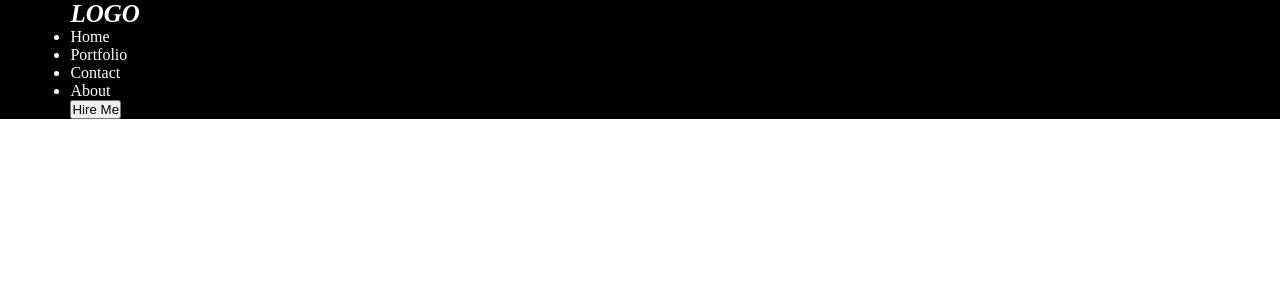
Repository: DevAntonioRogers/vanilla-responsive-navbar
Page: index.html
These files come from the project's save history. The page is drawn as it stood at one moment and after the next save; the edit follows.
The browser window is 1280 px wide. The pictures show the whole page.

Above is the page before, as saved 2023-06-04 21:08:51.
Console error: TypeError: Cannot read properties of null (reading 'addEventListener')

### index.html
<!DOCTYPE html>
<html lang="en">
  <head>
    <meta charset="UTF-8" />
    <meta http-equiv="X-UA-Compatible" content="IE=edge" />
    <meta
      name="viewport"
      content="width=device-width, initial-scale=1.
    0"
    />
    <link rel="stylesheet" href="style.css" />
    <title>Document</title>
  </head>
  <body>
    <nav>
      <div class="nav-container">
        <h1>Logo</h1>

        <ul>
          <li>Home</li>
          <li>Portfolio</li>
          <li>Contact</li>
          <li>About</li>
        </ul>

        <button>Hire Me</button>
      </div>
    </nav>
    <script src="app.js"></script>
  </body>
</html>

### style.css
* {
  box-sizing: border-box;
  padding: 0;
  margin: 0;
}

nav {
  background-color: black;
}

.nav-container {
  background-color: black;
  color: white;
  width: 89%;
  margin: auto;
}

.nav-container h1 {
  font-size: 25px;
  text-transform: uppercase;
  font-style: italic;
}

### app.js
const hamburger = document.querySelector('.hamburger')
const navMenu = document.querySelector('.nav-menu')

hamburger.addEventListener('click', () => {
  hamburger.classList.toggle('active')
  navMenu.classList.toggle('active')
})




const textToType = ["JavaScript.", "React.", "HTML.", "CSS."];
let currentIndex = 0;
let currentText = "";
let deleting = false;

function typeText() {
  if (currentIndex >= textToType.length) {
    currentIndex = 0;
  }

  currentText = deleting
    ? textToType[currentIndex].substring(0, currentText.length - 1)
    : textToType[currentIndex].substring(0, currentText.length + 1);

  document.getElementById("typing-text").textContent = currentText;

  if (!deleting && currentText === textToType[currentIndex]) {
    deleting = true;
    setTimeout(typeText, 1000);
  } else if (deleting && currentText === "") {
    deleting = false;
    currentIndex++;
    setTimeout(typeText, 500);
  } else {
    setTimeout(typeText, deleting ? 100 : 200);
  }
}

typeText();

After the next save:
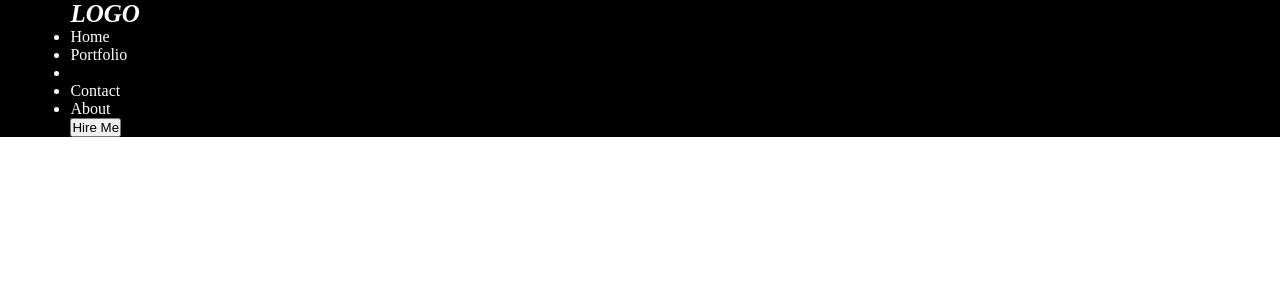
Saved 2 min 17 s later.
--- a/index.html
+++ b/index.html
@@ -16,9 +16,10 @@
       <div class="nav-container">
         <h1>Logo</h1>
 
-        <ul>
+        <ul class="nav-links">
           <li>Home</li>
           <li>Portfolio</li>
+          <li></li>
           <li>Contact</li>
           <li>About</li>
         </ul>
